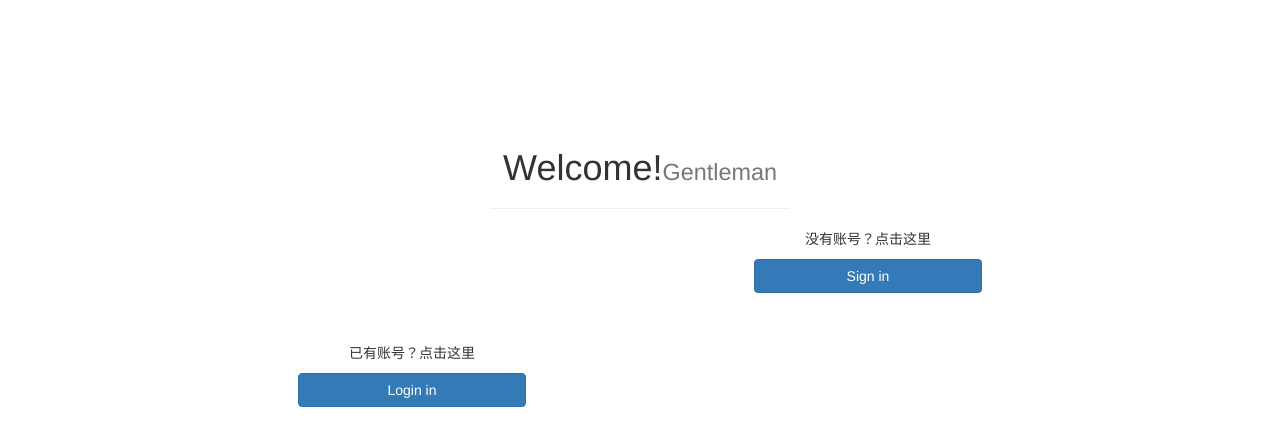
Repository: JasonBour/Beautypedia
Page: http://localhost/
These files come from the project's save history. The page is drawn as it stood at one moment and after a run of saves; the edit follows.
The browser window is 1280 px wide. The pictures show the whole page.
The page is run by PHP 8.4 with error messages shown; the project is at /var/www/html/.

Above is the page before, as saved 2015-09-13 12:42:24.

### Beautypedia/index.php
<html>
<head>
<meta charset="utf-8">
<link rel="stylesheet" type="text/css" href="./css/bootstrap.min.css"><!-- css file-->
<link rel="stylesheet" type="text/css" href="./css/index.css">
</head>
<body>


<div class="container ">
    <h1  class="title">Welcome!<small>Gentleman</small></h1>



     <HR align=center width=300 color=#987cb9 SIZE=1>

  <div  class="login">
   <p>已有账号？点击这里</p>
   <button type="button" class="btn btn-primary btn-block">Login in</button>

  </div>

  <div class="signin">
  <p>没有账号？点击这里</p>
   <button type="button" class="btn btn-primary btn-block">Sign in</button>

  </div>
 </div>


</body>

</html>

### Beautypedia/css/index.css
@CHARSET "UTF-8";
div.container{
	text-align:center;
	 margin-top:10%;

}
div.login{
	width:20%;
	float:left;
	margin-left:20%;
	margin-top:10%;
}
div.signin{
 float:left;
	width:20%;
	margin-left:20%
}

Loaded but not shown: Beautypedia/css/bootstrap.min.css (library)

After the next 2 saves:
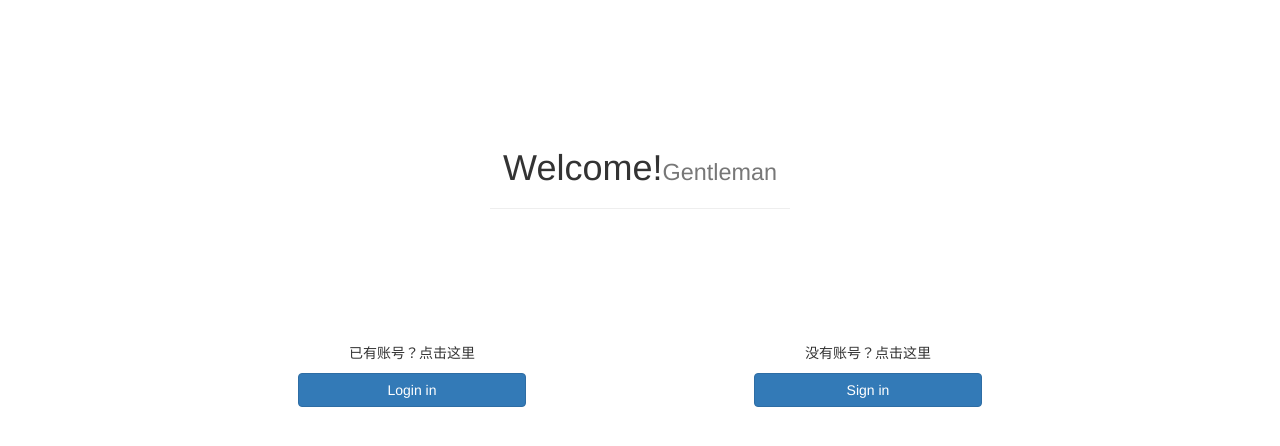
The 2 saves are shown as one change because they came seconds apart.
The last was saved 10 s later.
--- a/Beautypedia/css/index.css
+++ b/Beautypedia/css/index.css
@@ -13,5 +13,6 @@ div.login{
 div.signin{
  float:left;
 	width:20%;
-	margin-left:20%
+	margin-left:20%;
+	margin-top:10%;
 }
